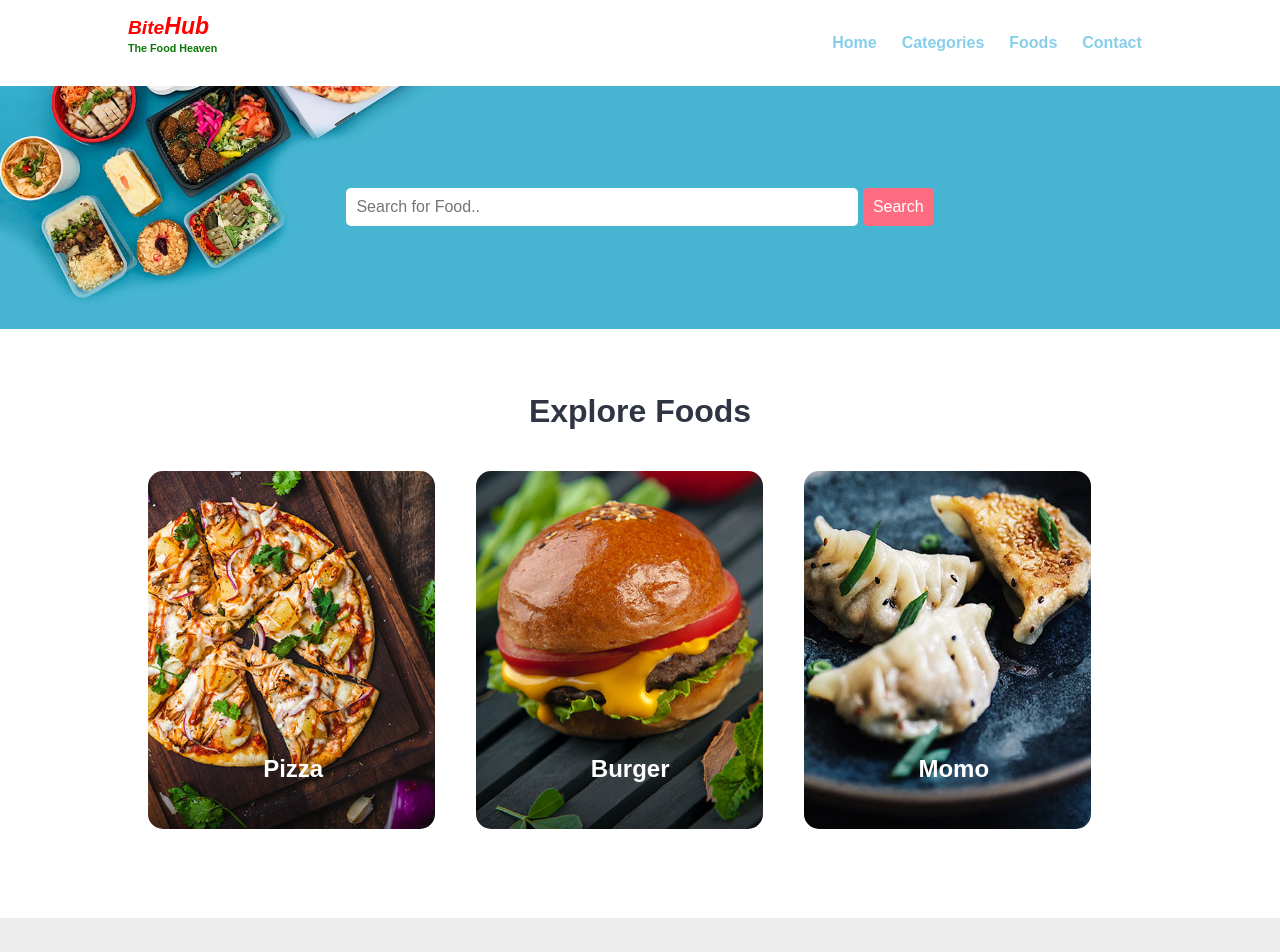
Repository: Saviour-Dagadu/food-order-front
Page: index.html
These files come from the project's save history. The page is drawn as it stood at one moment and after the next save; the edit follows.
The browser window is 1280 px wide. The pictures show the part of the page from y = 0 to 952 px (the page is 2170 px tall).
The pointer rests on the first visible `.logo h2`.
A picture or video elsewhere on the page could not be fetched, so the positions and the page height are approximate.

Above is the page before, as saved 2024-05-16 11:29:20.

### index.html
<!DOCTYPE html>
<html lang="en">
<head>
    <meta charset="UTF-8">
    <!-- Important to make website responsive -->
    <meta name="viewport" content="width=device-width, initial-scale=1.0">
    <title>Restaurant Website</title>

    <!-- Link our CSS file -->
    <link rel="stylesheet" href="css/style.css">
</head>

<body>
    <!-- Navbar Section Starts Here -->
    <section class="navbar">
        <div class="container">
            <div class="logo">
                <a href="#" title="Logo">
                    <h2>Bite<span>Hub</span></h2><h6><span>The Food Heaven</span></h6>
                    <!-- <img src="images/logo.png" alt="Restaurant Logo" class="img-responsive"> -->
                </a>
            </div>

            <div class="menu text-right">
                <ul>
                    <li>
                        <a href="index.html">Home</a>
                    </li>
                    <li>
                        <a href="categories.html">Categories</a>
                    </li>
                    <li>
                        <a href="foods.html">Foods</a>
                    </li>
                    <li>
                        <a href="contact.html">Contact</a>
                    </li>
                </ul>
            </div>

            <div class="clearfix"></div>
        </div>
    </section>
    <!-- Navbar Section Ends Here -->

    <!-- fOOD sEARCH Section Starts Here -->
    <section class="food-search text-center">
        <div class="container">

            <form action="underConstruction.html" method="POST">
                <input type="search" name="search" placeholder="Search for Food.." required>
                <input type="submit" name="submit" value="Search" class="btn btn-primary">
            </form>

        </div>
    </section>
    <!-- fOOD sEARCH Section Ends Here -->

    <!-- CAtegories Section Starts Here -->
    <section class="categories">
        <div class="container">
            <h2 class="text-center">Explore Foods</h2>

            <a href="category-foods.html">
            <div class="box-3 float-container">
                <img src="images/pizza.jpg" alt="Pizza" class="img-responsive img-curve">

                <h3 class="float-text text-white">Pizza</h3>
            </div>
            </a>

            <a href="#">
            <div class="box-3 float-container">
                <img src="images/burger.jpg" alt="Burger" class="img-responsive img-curve">

                <h3 class="float-text text-white">Burger</h3>
            </div>
            </a>

            <a href="#">
            <div class="box-3 float-container">
                <img src="images/momo.jpg" alt="Momo" class="img-responsive img-curve">

                <h3 class="float-text text-white">Momo</h3>
            </div>
            </a>

            <div class="clearfix"></div>
        </div>
    </section>
    <!-- Categories Section Ends Here -->

    <!-- fOOD MEnu Section Starts Here -->
    <section class="food-menu">
        <div class="container">
            <h2 class="text-center">Food Menu</h2>

            <div class="food-menu-box">
                <div class="food-menu-img">
                    <img src="images/menu-pizza.jpg" alt="Chicke Hawain Pizza" class="img-responsive img-curve">
                </div>

                <div class="food-menu-desc">
                    <h4>Pizza</h4>
                    <p class="food-price">Ghc 50</p>
                    <p class="food-detail">
                        Made with Italian Sauce, Chicken, and organice vegetables.
                    </p>
                    <br>

                    <a href="order.html" class="btn btn-primary">Order Now</a>
                </div>
            </div>

            <div class="food-menu-box">
                <div class="food-menu-img">
                    <img src="images/menu-burger.jpg" alt="Chicke Hawain Pizza" class="img-responsive img-curve">
                </div>

                <div class="food-menu-desc">
                    <h4>Smoky Burger</h4>
                    <p class="food-price">Ghc 20</p>
                    <p class="food-detail">
                        Made with Italian Sauce, Chicken, and organice vegetables.
                    </p>
                    <br>

                    <a href="order.html" class="btn btn-primary">Order Now</a>
                </div>
            </div>

            <div class="food-menu-box">
                <div class="food-menu-img">
                    <img src="images/menu-burger.jpg" alt="Chicke Hawain Burger" class="img-responsive img-curve">
                </div>

                <div class="food-menu-desc">
                    <h4>Nice Burger</h4>
                    <p class="food-price">Ghc 20</p>
                    <p class="food-detail">
                        Made with Italian Sauce, Chicken, and organize vegetables.
                    </p>
                    <br>

                    <a href="order.html" class="btn btn-primary">Order Now</a>
                </div>
            </div>



            <!-- <div class="food-menu-box">
                <div class="food-menu-img">
                    <img src="images/menu-pizza.jpg" alt="Chicke Hawain Pizza" class="img-responsive img-curve">
                </div>

                <div class="food-menu-desc">
                    <h4>Food Title</h4>
                    <p class="food-price">$2.3</p>
                    <p class="food-detail">
                        Made with Italian Sauce, Chicken, and organice vegetables.
                    </p>
                    <br>

                    <a href="order.html" class="btn btn-primary">Order Now</a>
                </div>
            </div> -->

            <div class="food-menu-box">
                <div class="food-menu-img">
                    <img src="images/menu-momo.jpg" alt="Chicke Hawain Momo" class="img-responsive img-curve">
                </div>

                <div class="food-menu-desc">
                    <h4>Chicken Steam Momo</h4>
                    <p class="food-price">Ghc 50</p>
                    <p class="food-detail">
                        Made with Italian Sauce, Chicken, and organice vegetables.
                    </p>
                    <br>

                    <a href="order.html" class="btn btn-primary">Order Now</a>
                </div>
            </div>


            <div class="clearfix"></div>



        </div>

        <p class="text-center">
            <a href="#">See All Foods</a>
        </p>
    </section>
    <!-- fOOD Menu Section Ends Here -->

    <!-- social Section Starts Here -->
<section class="social">
	<div class="container text-center">
		<ul>
			<li>
				<a href="https://www.facebook.com/saviou/"><img src="https://img.icons8.com/fluent/50/000000/facebook-new.png"/></a>
			</li>
			<li>
				<a href="https://www.instagram.com/saviour_dagadu/"><img src="https://img.icons8.com/fluent/48/000000/instagram-new.png"/></a>
			</li>
			<li>
				<a href="https://twitter.com/savicode"><img src="https://img.icons8.com/fluent/48/000000/twitter.png"/></a>
			</li>
		</ul>
	</div>
</section>
<!-- social Section Ends Here -->

<!-- footer Section Starts Here -->
<section class="footer">
	<div class="container text-center">
		<p>All rights reserved. Designed By <a href="https://saviourdagadu.netlify.app/">@savicode</a></p>
	</div>
</section>
<!-- footer Section Ends Here -->

</body>
</html>

### css/style.css
/*
    Author: Vijay Thapa;
    Theme: Restaurant Food Order;
    version: 1.0;
*/

/* CSS for All */
*{
    margin: 0 0;
    padding: 0 0;
    font-family: Arial, Helvetica, sans-serif;
}
.container{
    width: 80%;
    margin: 0 auto;
    padding: 1%;
}
.img-responsive{
    width: 100%;
}
.img-curve{
    border-radius: 15px;
}

.text-right{
    text-align: right;
}
.text-center{
    text-align: center;
}
.text-left{
    text-align: left;
}
.text-white{
    color: white;
}

.clearfix{
    clear: both;
    float: none;
}

a{
    color: skyblue;
    text-decoration: none;
}
a:hover{
    color: rgb(10, 119, 5);
}

.btn{
    padding: 1%;
    border: none;
    font-size: 1rem;
    border-radius: 5px;
}
.btn-primary{
    background-color: #ff6b81;
    color: white;
    cursor: pointer;
}
.btn-primary:hover{
    color: white;
    background-color: #ff4757;
}
h2{
    color: #2f3542;
    font-size: 2rem;
    margin-bottom: 2%;
}
h3{
    font-size: 1.5rem;
}
.float-container{
    position: relative;
}
.float-text{
    position: absolute;
    bottom: 50px;
    left: 40%;
}
fieldset{
    border: 1px solid white;
    margin: 5%;
    padding: 3%;
    border-radius: 5px;
}


/* CSSS for navbar section */

.logo{
    width: 10%;
    float: left;
}
.logo h2{
    color: skyblue;
}
.logo h2:hover{
    color: red;
    font-size: larger;
    font-style: italic;
}
.logo h2 span{
    color: red;
    font-size: larger;
    font-weight:bolder;
}
.menu{
    line-height: 60px;
}
.menu ul{
    list-style-type: none;
}

.menu ul li{
    display: inline;
    padding: 1%;
    font-weight: bold;
}


/* CSS for Food SEarch Section */

.food-search{
    background-image: url(../images/bg.jpg);
    background-size: cover;
    background-repeat: no-repeat;
    background-position: center;
    padding: 7% 0;
}

.food-search input[type="search"]{
    width: 50%;
    padding: 1%;
    font-size: 1rem;
    border: none;
    border-radius: 5px;
}


/* CSS for Categories */
.categories{
    padding: 4% 0;
}

.box-3{
    width: 28%;
    float: left;
    margin: 2%;
}


/* CSS for Food Menu */
.food-menu{
    background-color: #ececec;
    padding: 4% 0;
}
.food-menu-box{
    width: 43%;
    margin: 1%;
    padding: 2%;
    float: left;
    background-color: white;
    border-radius: 15px;
}

.food-menu-img{
    width: 20%;
    float: left;
}

.food-menu-desc{
    width: 70%;
    float: left;
    margin-left: 8%;
}

.food-price{
    font-size: 1.2rem;
    margin: 2% 0;
}
.food-detail{
    font-size: 1rem;
    color: #747d8c;
}


/* CSS for Social */
.social ul{
    list-style-type: none;
}
.social ul li{
    display: inline;
    padding: 1%;
}

/* for Order Section */
.order{
    width: 50%;
    margin: 0 auto;
}
.input-responsive{
    width: 96%;
    padding: 1%;
    margin-bottom: 3%;
    border: none;
    border-radius: 5px;
    font-size: 1rem;
}
.order-label{
    margin-bottom: 1%;
    font-weight: bold;
}

/* Contact Section*/

#info{
    padding: 30px 0;
}

#info .container{
     display: flex;
}

#info .info{
    width: 28%;
    height: 300px;
    border-radius: 10px;
    overflow: hidden;

}

#info .info-text{
    border: 1px solid lightgray;
    padding: 10px;
}

#info .info-text h4{
    margin: 5px;
}

#info .info-text .info-text-call{
    margin-bottom: 20px;
}

#info .info-image{
margin-right: 10px;
overflow: hidden;
box-shadow: 0 0 5px #333;
transform: scale (1.04);
transition: all .4s ease-in-out;
}

#info .info-image:hover{
transform: translateY(-15px) scale(1.1);
box-shadow: 0 0 10px #333;
}
#info .info-image img{
max-width: 100%;
height: auto
}

#info .info-image:hover .info-image img{
opacity: 1;
}

       /* message Section */
#message{
    padding: 30px 0;
    background-color: lightgray;
}

#message .message-top{
    text-align: center;
    margin-bottom: 20px;
}

#message .message-top h3{
    text-transform: uppercase;
    margin: 0;
}

#message .message-top h3::after{
    content: "";
    display: block;
    width: 50px;
    height: 3px;
    background-color: gray;
    margin: 10px auto 0;
}

#message .message-bottom{
    color: black;
}

#message .message-bottom label{
    display: block;
    font-size: 17px;
    font-weight: 500;
    margin-bottom: 5px;
}

#message .message-bottom .form-group{
    margin-bottom: 10px;
}

#message .message-bottom .input{
    display: block;
    height: 40px;
    border-radius: 5px;
    border: 1px solid brown;
    padding-left: 10px;
    padding-right: 10px;
    width: 100%;
    font-size: 15px;
    font-family: 'Segoe UI', Tahoma, Geneva, Verdana, Sans-serif;
}

#message .message-bottom input,
#message .message-bottom textarea,
#message .message-bottom button{
    outline: none;
}

#message  textarea{
    width: 100%;
    height: 200px;
    border-radius: 5px;
    border: 1px solid brown;
    background-color: white;
    padding: 5px 10px;
    font: 15px 'Segoe UI', Tahoma, Geneva, Verdana, Sans-serif;
}

#message .message-bottom .btn{
    padding: 10px 20px;
    background-color: brown;
    text-transform: uppercase;
    font: 15px 'Segoe UI', Tahoma, Geneva, Verdana, Sans-serif;
    border: none;
    border-radius: 5px;
    font-weight: 500;
    color: #fff;
    cursor: pointer;
}


/* CSS for Mobile Size or Smaller Screen */

@media only screen and (max-width:768px){
    .logo{
        width: 80%;
        float: none;
        margin: 1% auto;
    }

    .menu ul{
        text-align: center;
    }

    .food-search input[type="search"]{
        width: 90%;
        padding: 2%;
        margin-bottom: 3%;
    }

    .btn{
        width: 91%;
        padding: 2%;
    }

    .food-search{
        padding: 10% 0;
    }

    .categories{
        padding: 20% 0;
    }
    h2{
        margin-bottom: 10%;
    }
    .box-3{
        width: 100%;
        margin: 4% auto;
    }

    .food-menu{
        padding: 20% 0;
    }

    .food-menu-box{
        width: 90%;
        padding: 5%;
        margin-bottom: 5%;
    }
    .social{
        padding: 5% 0;
    }
    .order{
        width: 100%;
    }
}

After the next save:
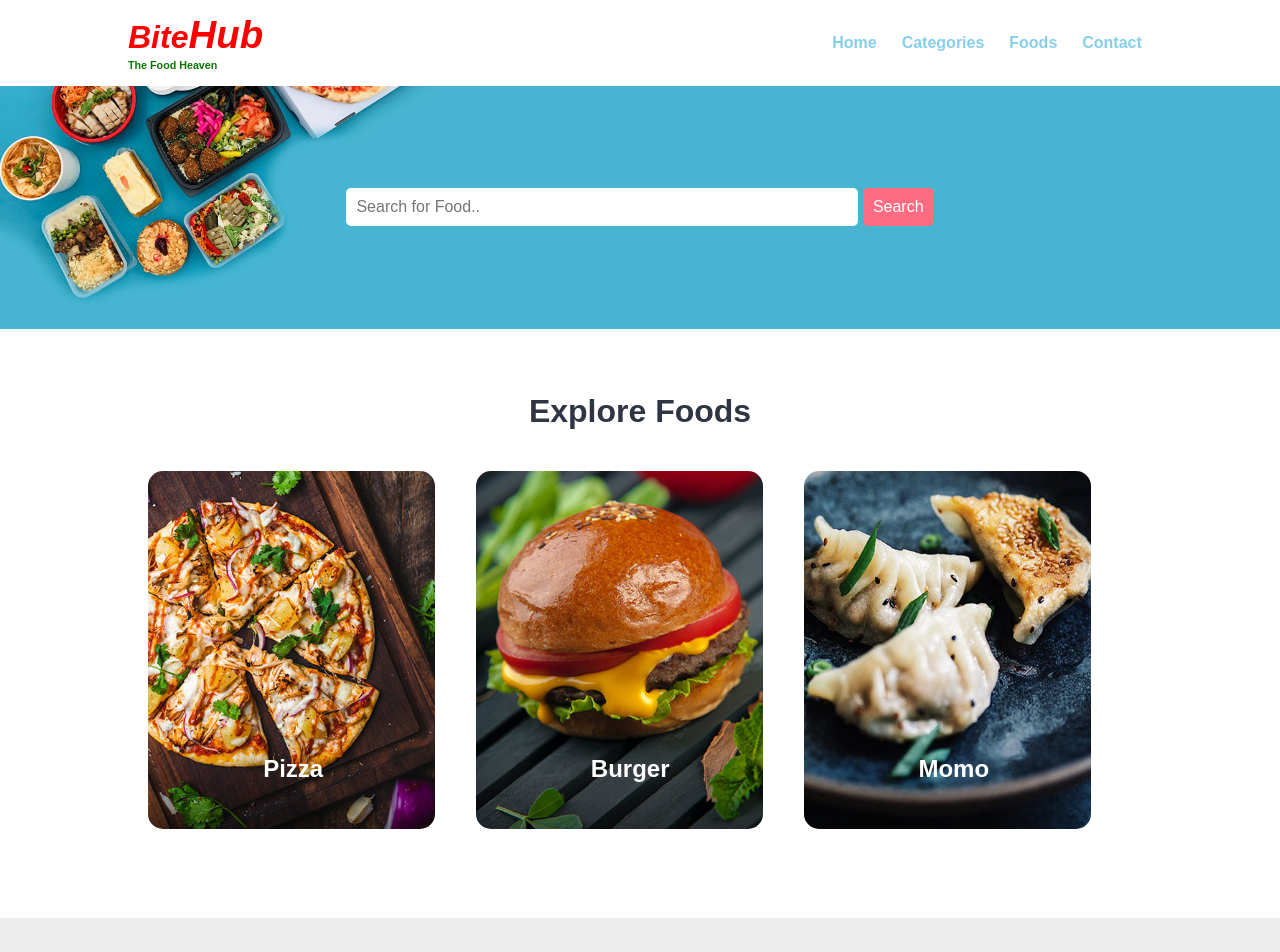
Saved 6 s later.
--- a/css/style.css
+++ b/css/style.css
@@ -98,7 +98,6 @@ fieldset{
 }
 .logo h2:hover{
     color: red;
-    font-size: larger;
     font-style: italic;
 }
 .logo h2 span{
